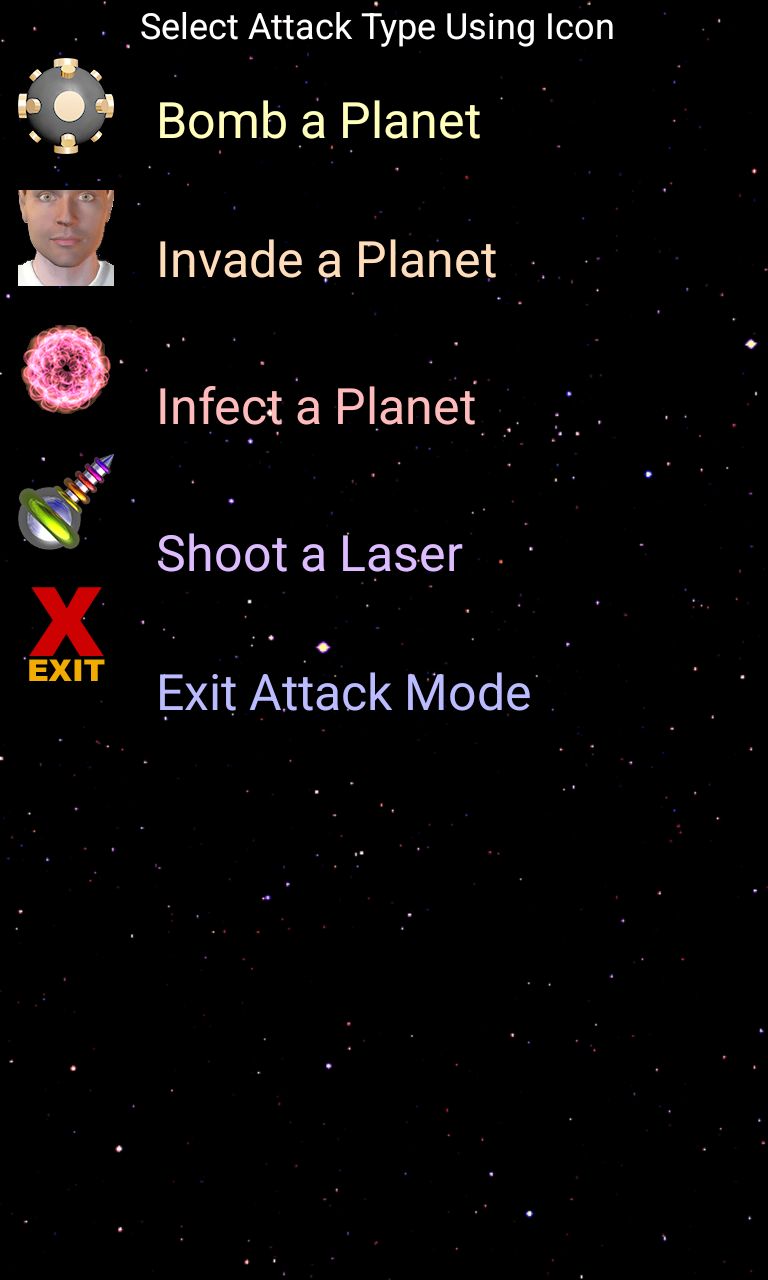
Repository: TimGirouard/tim-hobby-bucket
Layout: Android_Work/workspace/Hello_World/res/layout/activity_attack.xml
The author's editor kept a copy of each file at every save. The layout is drawn from the files as they stood at one save, then again after the next save.
It is drawn on a 768 x 1280 px phone screen (xhdpi) without system bars, with theme AppTheme; the app's code is not run.

Above is the layout before, as saved 2014-01-19 21:01:46.

### Android_Work/workspace/Hello_World/res/layout/activity_attack.xml
<?xml version="1.0" encoding="utf-8"?>
<LinearLayout xmlns:android="http://schemas.android.com/apk/res/android"
    android:layout_width="match_parent"
    android:layout_height="match_parent"
    android:orientation="horizontal"
    android:background="@drawable/stars" >

    <LinearLayout
        android:layout_width="70dp"
	    android:layout_height="match_parent"
	    android:orientation="vertical"
	    android:layout_marginTop="20dp" >
    <ImageButton
        android:id="@+id/bombButton"
        android:background="#00000000"
        android:layout_width="wrap_content"
        android:layout_height="wrap_content"
        android:contentDescription="@string/content_desc_bomb"
        android:layout_margin="9dp"
        android:src="@drawable/attackbomb"
        android:soundEffectsEnabled="true" />
    <ImageButton
        android:id="@+id/invadeButton"
        android:background="#00000000"
        android:layout_width="wrap_content"
        android:layout_height="wrap_content"
        android:contentDescription="@string/content_desc_invade"
        android:layout_margin="9dp"
        android:src="@drawable/attackinvade"
        android:soundEffectsEnabled="true" />
    <ImageButton
        android:id="@+id/infectButton"
        android:background="#00000000"
		android:layout_width="wrap_content"
        android:layout_height="wrap_content"
        android:contentDescription="@string/content_desc_virus"
        android:layout_margin="9dp"
        android:src="@drawable/attackvirus"
        android:soundEffectsEnabled="true" />
    <ImageButton
        android:id="@+id/laserButton"
        android:background="#00000000"
		android:layout_width="wrap_content"
        android:layout_height="wrap_content"
        android:contentDescription="@string/content_desc_laser"
        android:layout_margin="9dp"
        android:src="@drawable/attacklaser"
        android:soundEffectsEnabled="true" />
    <ImageButton
        android:id="@+id/exitButton"
        android:background="#00000000"
		android:layout_width="wrap_content"
        android:layout_height="wrap_content"
        android:contentDescription="@string/content_desc_exit"
        android:layout_margin="9dp"
        android:src="@drawable/attackexit"
        android:soundEffectsEnabled="true" />
    </LinearLayout>
    <LinearLayout
        android:layout_width="match_parent"
	    android:layout_height="match_parent"
	    android:orientation="vertical" >
    <TextView
        android:textColor="#FFFFFF"
        android:textSize="18sp"
        android:layout_width="wrap_content"
        android:layout_height="wrap_content"
        android:text="@string/attack_planet_caption" />

    <TextView
        android:textColor="#FFFFBB"
        android:textSize="25sp"
        android:layout_marginTop="18dp"
        android:layout_width="wrap_content"
        android:layout_height="wrap_content"
        android:layout_marginLeft="8dp"
        android:text="@string/attack_planet_bomb" />

    <TextView
        android:textColor="#FFDDBB"
        android:textSize="25sp"
        android:layout_marginTop="36dp"
        android:layout_width="wrap_content"
        android:layout_height="wrap_content"
        android:layout_marginLeft="8dp"
        android:text="@string/attack_planet_invade" />

    <TextView
        android:textColor="#FFBBBB"
        android:textSize="25sp"
        android:layout_marginTop="40dp"
        android:layout_width="wrap_content"
        android:layout_height="wrap_content"
        android:layout_marginLeft="8dp"
        android:text="@string/attack_planet_infect" />

    <TextView
        android:textColor="#DDBBFF"
        android:textSize="25sp"
        android:layout_marginTop="40dp"
        android:layout_width="wrap_content"
        android:layout_height="wrap_content"
        android:layout_marginLeft="8dp"
        android:text="@string/attack_planet_laser" />

    <TextView
        android:textColor="#BBBBFF"
        android:textSize="25sp"
        android:layout_marginTop="36dp"
        android:layout_width="wrap_content"
        android:layout_height="wrap_content"
        android:layout_marginLeft="8dp"
        android:text="@string/attack_planet_exit" />
    </LinearLayout>
</LinearLayout>

### Android_Work/workspace/Hello_World/res/values/strings.xml
<?xml version="1.0" encoding="utf-8"?>
<resources>

    <string name="app_name">Hello_World</string>
    <string name="hello_world">Hello world!</string>
    <string name="add_planet_caption">Click Planet to Add</string>
    <string name="planet_name_label">Planet Name: </string>
	<string name="planet_mass_label">Planet Mass: </string>
	<string name="planet_gravity_label">Planet Gravity: </string>
	<string name="planet_colonies_label">Planet Colonies: </string>
	<string name="planet_population_label">Planet Population: </string>
	<string name="planet_military_label">Planet Military: </string>
	<string name="planet_bases_label">Planet Bases: </string>
	<string name="planet_forcefield_label">Planet Forcefield: </string>
    <string name="menu_add_planet">Add a New Planet</string>
    <string name="menu_config_planet">Configure Planet</string>
    <string name="menu_travel_planet">Travel to Planet</string>
    <string name="menu_attack_planet">Attack on Planet</string>
    <string name="menu_home_planet">Show Home Planet</string>
	<string name="content_desc_earth">Planet Earth</string>
	<string name="content_desc_mars">Planet Mars</string>
	<string name="content_desc_venus">Planet Venus</string>
	<string name="content_desc_jupiter">Planet Jupiter</string>
	<string name="content_desc_saturn">Planet Saturn</string>
	<string name="content_desc_neptune">Planet Neptune</string>
	<string name="button_name_colonies">Add Colonies</string>
	<string name="button_name_colonists">Add Colonists</string>
	<string name="button_name_bases">Add Bases</string>
	<string name="button_name_military">Add Military</string>
	<string name="button_name_ffon">Forcefield On</string>
	<string name="button_name_ffoff">Forcefield Off</string>
	<string name="button_name_done">Done Configuring</string>
	<string name="button_name_done_add">All Done!</string>
	<string name="content_desc_bomb">Bomb the Planet</string>
	<string name="content_desc_invade">Invade the Planet</string>
	<string name="content_desc_virus">Infect Planet with Virus</string>
	<string name="content_desc_laser">Fire Laser at Planet</string>
	<string name="content_desc_exit">Exit to Home Planet</string>
	<string name="attack_planet_caption">Select Attack Type Using Icon</string>
	<string name="attack_planet_bomb">Bomb a Planet</string>
	<string name="attack_planet_invade">Invade a Planet</string>
	<string name="attack_planet_infect">Infect a Planet</string>
	<string name="attack_planet_laser">Shoot a Laser</string>
	<string name="attack_planet_exit">Exit Attack Mode</string>


	<string name="button_name_return">Return Home</string>
</resources>

### Android_Work/workspace/Hello_World/res/drawable/attack_bomb.xml
<?xml version="1.0" encoding="utf-8"?>
<selector xmlns:android="http://schemas.android.com/apk/res/android" >

    <item android:state_pressed="true" android:drawable="@drawable/attackinvadepress" />
	<item android:state_focused="true" android:drawable="@drawable/attackinvadefocus" />
	<item android:drawable="@drawable/attackinvade" />

</selector>

### Android_Work/workspace/Hello_World/res/drawable/attack_invade.xml
<?xml version="1.0" encoding="utf-8"?>
<selector xmlns:android="http://schemas.android.com/apk/res/android" >

    <item android:state_pressed="true" android:drawable="@drawable/attackinvadepress" />
	<item android:state_focused="true" android:drawable="@drawable/attackinvadefocus" />
	<item android:drawable="@drawable/attackinvade" />

</selector>

### Android_Work/workspace/Hello_World/res/drawable/attack_virus.xml
<?xml version="1.0" encoding="utf-8"?>
<selector xmlns:android="http://schemas.android.com/apk/res/android" >

    <item android:state_pressed="true" android:drawable="@drawable/attackinvadepress" />
	<item android:state_focused="true" android:drawable="@drawable/attackinvadefocus" />
	<item android:drawable="@drawable/attackinvade" />

</selector>

### Android_Work/workspace/Hello_World/res/drawable/attack_laser.xml
<?xml version="1.0" encoding="utf-8"?>
<selector xmlns:android="http://schemas.android.com/apk/res/android" >

    <item android:state_pressed="true" android:drawable="@drawable/attackinvadepress" />
	<item android:state_focused="true" android:drawable="@drawable/attackinvadefocus" />
	<item android:drawable="@drawable/attackinvade" />

</selector>

Loaded but not shown: Android_Work/workspace/Hello_World/res/values/styles.xml (common file); Android_Work/workspace/Hello_World/res/values-v11/styles.xml (common file); Android_Work/workspace/Hello_World/res/values-v14/styles.xml (common file)

After the next save:
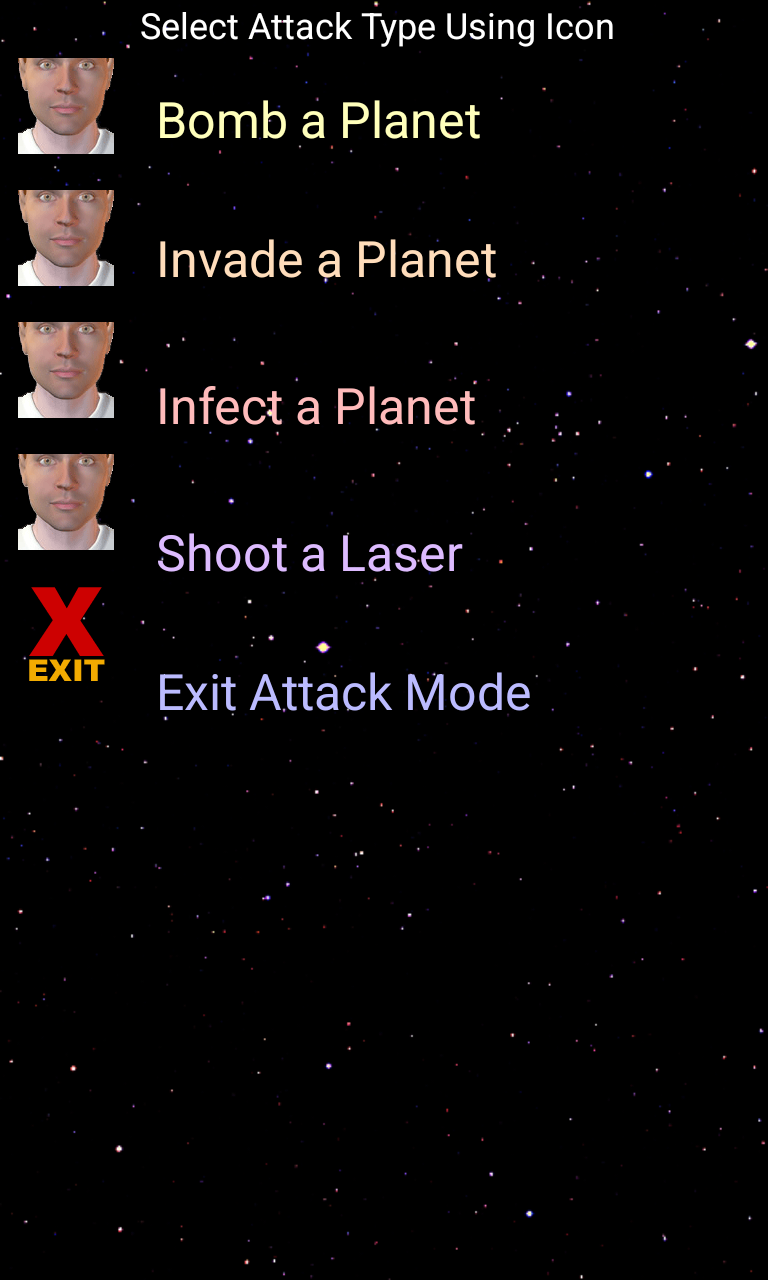
Saved 5 min 7 s later.
--- a/Android_Work/workspace/Hello_World/res/layout/activity_attack.xml
+++ b/Android_Work/workspace/Hello_World/res/layout/activity_attack.xml
@@ -17,7 +17,7 @@
         android:layout_height="wrap_content"
         android:contentDescription="@string/content_desc_bomb"
         android:layout_margin="9dp"
-        android:src="@drawable/attackbomb"
+        android:src="@drawable/attack_bomb"
         android:soundEffectsEnabled="true" />
     <ImageButton
         android:id="@+id/invadeButton"
@@ -26,7 +26,7 @@
         android:layout_height="wrap_content"
         android:contentDescription="@string/content_desc_invade"
         android:layout_margin="9dp"
-        android:src="@drawable/attackinvade"
+        android:src="@drawable/attack_invade"
         android:soundEffectsEnabled="true" />
     <ImageButton
         android:id="@+id/infectButton"
@@ -35,7 +35,7 @@
         android:layout_height="wrap_content"
         android:contentDescription="@string/content_desc_virus"
         android:layout_margin="9dp"
-        android:src="@drawable/attackvirus"
+        android:src="@drawable/attack_virus"
         android:soundEffectsEnabled="true" />
     <ImageButton
         android:id="@+id/laserButton"
@@ -44,7 +44,7 @@
         android:layout_height="wrap_content"
         android:contentDescription="@string/content_desc_laser"
         android:layout_margin="9dp"
-        android:src="@drawable/attacklaser"
+        android:src="@drawable/attack_laser"
         android:soundEffectsEnabled="true" />
     <ImageButton
         android:id="@+id/exitButton"
